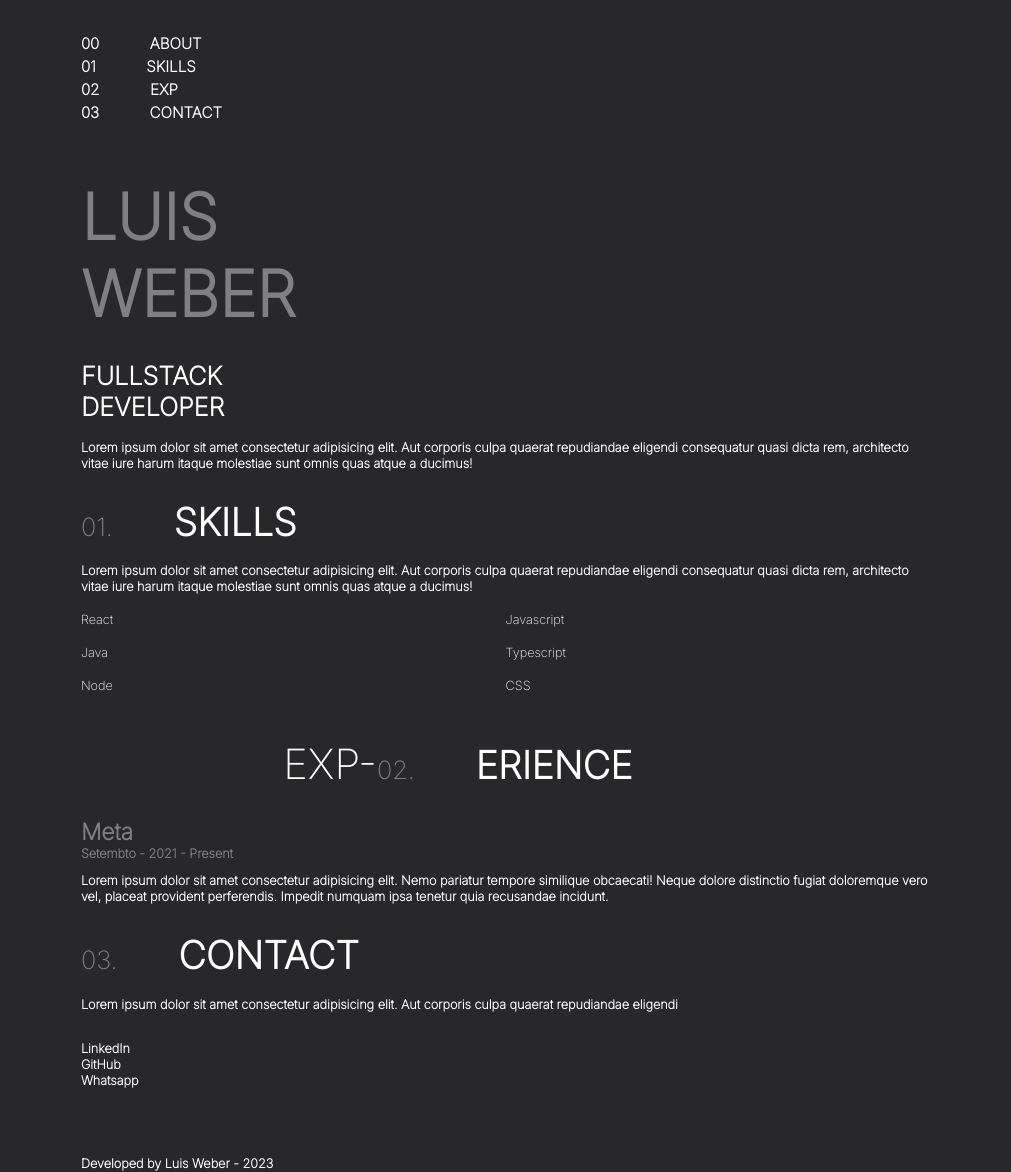
Repository: luiswh1/Portfolio
Page: /
These files come from the project's save history. The page is drawn as it stood at one moment and after the next save; the edit follows.
The browser window is 1280 px wide. The pictures show the whole page, at 79% of full size.
The project was rebuilt for these pictures with package versions that can differ from the ones it lists, and the page was loaded fresh each time.

Above is the page before, as saved 2023-05-28 18:23:13.

After the next save:
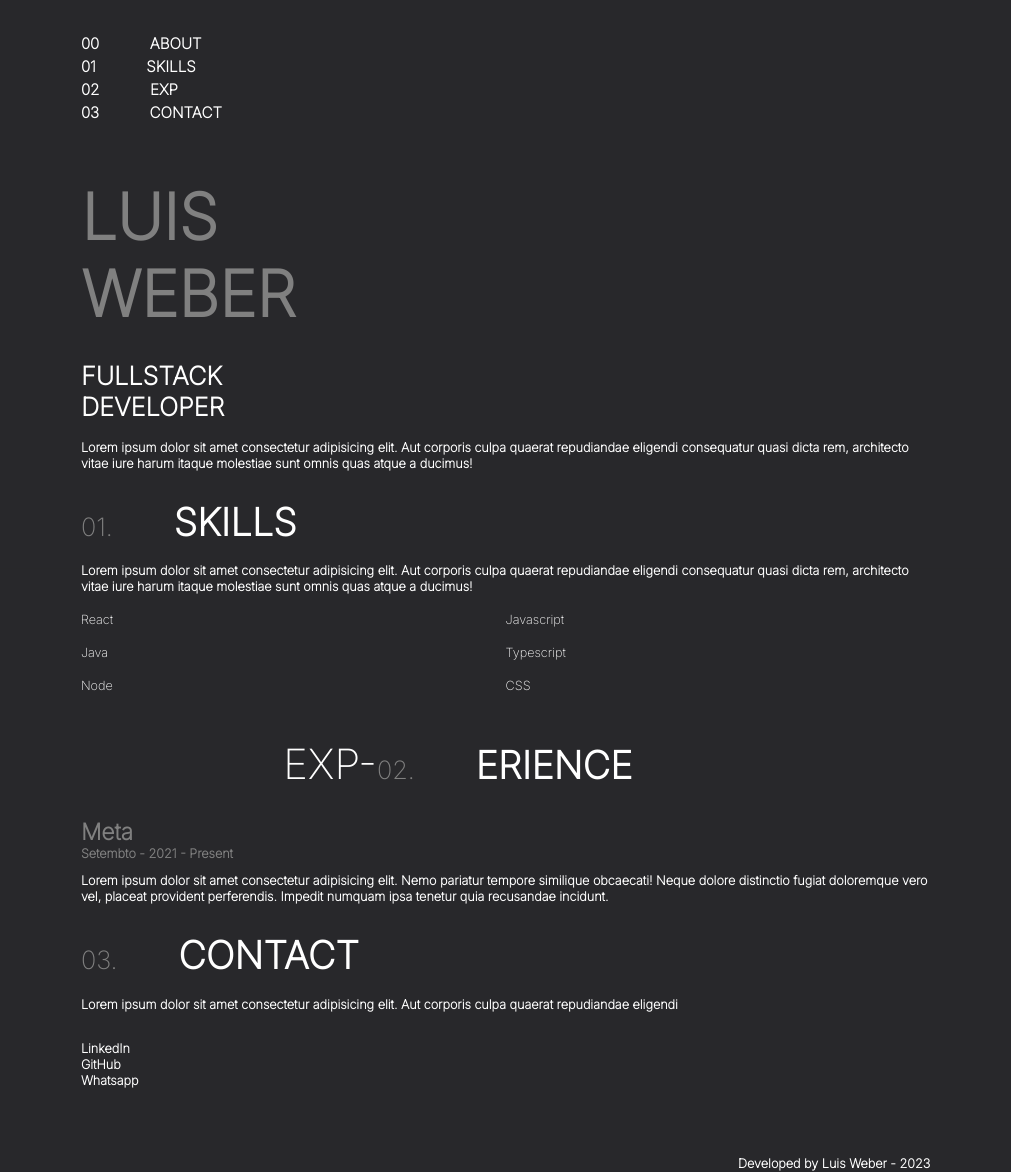
Saved 77 s later.
--- a/src/Pages/HomeStyles.tsx
+++ b/src/Pages/HomeStyles.tsx
@@ -102,4 +102,6 @@ export const FooterSection = styled.section`
 margin-top: 12vh;
 color: white;
 font-weight: bold;
+display: flex;
+justify-content: flex-end;
 `
